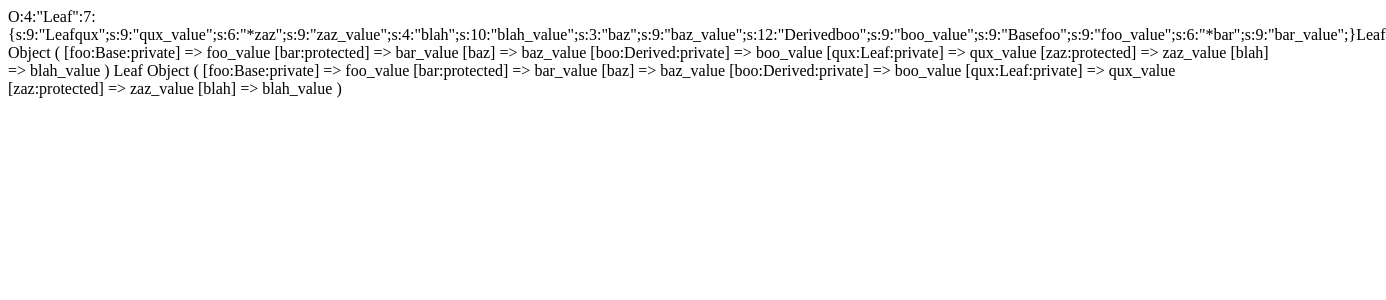
Repository: vantung2102/OOP_PHP
Page: http://localhost/OOP_13.php
These files come from the project's save history. The page is drawn as it stood at one moment and after the next save; the edit follows.
The browser window is 1280 px wide. The page is 1386 px wide, then 1280 px, so the pictures cover 1386 px, including what lies to the right of the window. The pictures show the whole page.
The page is run by PHP 8.4 with error messages shown; the project is at /var/www/html/.

Above is the page before, as saved 2021-11-27 09:08:35.

### OOP_13.php
<?php

class Base
{
    private $foo = "foo_value";
    protected $bar = "bar_value";

    public function __sleep()
    {
        return array("\0Base\0foo", "\0*\0bar");
    }
}

class Derived extends Base
{
    public $baz = "baz_value";
    private $boo = "boo_value";

    public function __sleep()
    {
        // we have to merge our members with our parent's
        return array_merge(array("baz", "\0Derived\0boo"), parent::__sleep());
    }
}

class Leaf extends Derived
{
    private $qux = "qux_value";
    protected $zaz = "zaz_value";
    public $blah = "blah_value";

    public function __sleep()
    {
        // again, merge our members with our parent's
        return array_merge(array("\0Leaf\0qux", "\0*\0zaz", "blah"), parent::__sleep());
    }
}

// test it
$test = new Leaf();
$s = serialize($test);
$test2 = unserialize($s);
echo $s;
print_r($test);
print_r($test2);

// class A
// {
//     public $b;
//     public $name;
// }

// class B extends A
// {
//     public $parent;
//     public function __wakeup()
//     {
//         var_dump($parent->name);
//     }
// }

// $a = new A();
// $a->name = "foo";
// $a->b = new B();
// $a->b->parent = $a;
// $s = serialize($a);
// $a = unserialize($s);

After the next save:
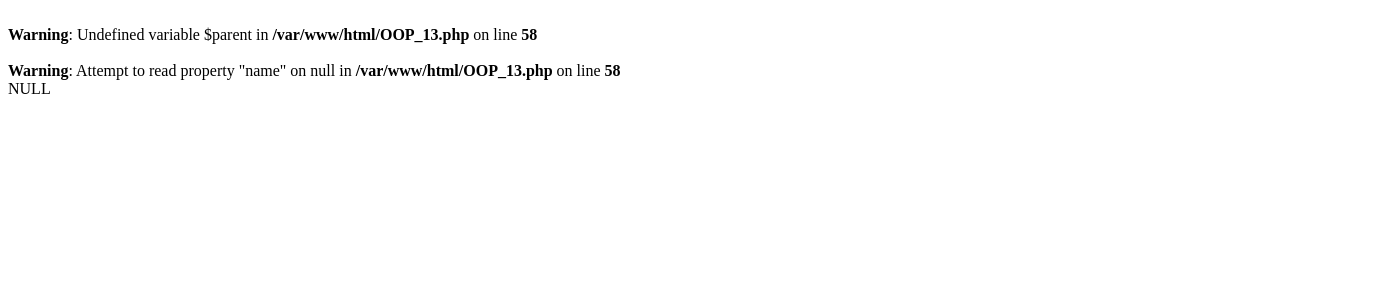
Saved 12 min 23 s later.
--- a/OOP_13.php
+++ b/OOP_13.php
@@ -1,67 +1,67 @@
 <?php
 
-class Base
+// class Base
+// {
+//     private $foo = "foo_value";
+//     protected $bar = "bar_value";
+
+//     public function __sleep()
+//     {
+//         return array("\0Base\0foo", "\0*\0bar");
+//     }
+// }
+
+// class Derived extends Base
+// {
+//     public $baz = "baz_value";
+//     private $boo = "boo_value";
+
+//     public function __sleep()
+//     {
+//         // we have to merge our members with our parent's
+//         return array_merge(array("baz", "\0Derived\0boo"), parent::__sleep());
+//     }
+// }
+
+// class Leaf extends Derived
+// {
+//     private $qux = "qux_value";
+//     protected $zaz = "zaz_value";
+//     public $blah = "blah_value";
+
+//     public function __sleep()
+//     {
+//         // again, merge our members with our parent's
+//         return array_merge(array("\0Leaf\0qux", "\0*\0zaz", "blah"), parent::__sleep());
+//     }
+// }
+
+// // test it
+// $test = new Leaf();
+// $s = serialize($test);
+// $test2 = unserialize($s);
+// echo $s;
+// print_r($test);
+// print_r($test2);
+
+class A
 {
-    private $foo = "foo_value";
-    protected $bar = "bar_value";
+    public $b;
+    public $name;
+}
 
-    public function __sleep()
+class B extends A
+{
+    public $parent;
+    public function __wakeup()
     {
-        return array("\0Base\0foo", "\0*\0bar");
+        var_dump($parent->name);
     }
 }
 
-class Derived extends Base
-{
-    public $baz = "baz_value";
-    private $boo = "boo_value";
-
-    public function __sleep()
-    {
-        // we have to merge our members with our parent's
-        return array_merge(array("baz", "\0Derived\0boo"), parent::__sleep());
-    }
-}
-
-class Leaf extends Derived
-{
-    private $qux = "qux_value";
-    protected $zaz = "zaz_value";
-    public $blah = "blah_value";
-
-    public function __sleep()
-    {
-        // again, merge our members with our parent's
-        return array_merge(array("\0Leaf\0qux", "\0*\0zaz", "blah"), parent::__sleep());
-    }
-}
-
-// test it
-$test = new Leaf();
-$s = serialize($test);
-$test2 = unserialize($s);
-echo $s;
-print_r($test);
-print_r($test2);
-
-// class A
-// {
-//     public $b;
-//     public $name;
-// }
-
-// class B extends A
-// {
-//     public $parent;
-//     public function __wakeup()
-//     {
-//         var_dump($parent->name);
-//     }
-// }
-
-// $a = new A();
-// $a->name = "foo";
-// $a->b = new B();
-// $a->b->parent = $a;
-// $s = serialize($a);
-// $a = unserialize($s);
+$a = new A();
+$a->name = "foo";
+$a->b = new B();
+$a->b->parent = $a;
+$s = serialize($a);
+$a = unserialize($s);
